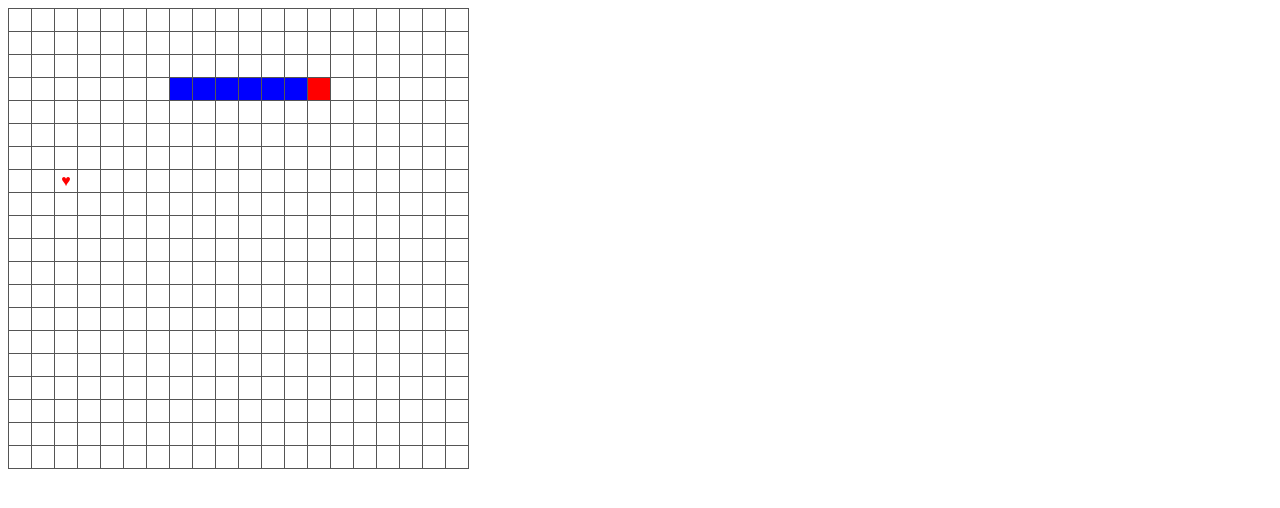
Repository: ycsheng/Games
Page: 01_snake/index.html
The author's editor kept a copy of each file at every save. The page is drawn from the files as they stood at one save, then again after the next save.
The browser window is 1280 px wide. The pictures show the whole page.

Above is the page before, as saved 2021-09-18 17:01:05.

### 01_snake/index.html
<!DOCTYPE html>
<html lang="zh">
<head>
  <meta charset="UTF-8">
  <meta http-equiv="X-UA-Compatible" content="IE=edge">
  <meta name="viewport" content="width=device-width, initial-scale=1.0">
  <title>Document</title>
  <style>
    table {
      border-collapse: collapse;
      border: 1px solid #333
    }
    td {
      width: 20px;
      height: 20px;
      color: red;
      text-align: center;
      border: 1px solid #555;
    }
  </style>
</head>
<body>
  <div id="app"></div>
  <script src="./js/Game.js"></script>
  <script src="./js/Snake.js"></script>
  <script src="./js/Food.js"></script>
  <script>
    var game = new Game();
  </script>
</body>
</html>

### 01_snake/js/Game.js
/*
  1. 在构造函数中创建一个空对象
  2. 将执行上下文指向这个空对象
  3. 执行里面的所有函数
  4. 执行完成后，返回对象
*/
function Game() {
  // 创建表格
  this.row = 20;  // 行数
  this.col = 20;  //列数
  // 初始化节点
  this.init();
  // 实例化蛇类
  this.snake = new Snake();
  // 执行定时器任务
  this.start();
  // 键盘的事件监听
  this.bindEvent();
  // 食物位置
  this.food = new Food(this);

  // this.snake.render();
}
// 舞台设计
Game.prototype.init = function() {
  this.dom = document.createElement("table");
  var tr, td;
  // 遍历行和列上树
  for(var i = 0; i < this.row; i++) {
    // 遍历行，创建节点上树
    tr = document.createElement("tr");
    for(var j = 0; j < this.col; j++) {
      // 遍历列，创建节点上树
      td = document.createElement("td");
      tr.appendChild(td)
    }
    // 追加节点上树
    this.dom.appendChild(tr);
  }
  // 表格上树
  document.getElementById("app").appendChild(this.dom)
}

// 清屏方法
Game.prototype.clear = function() {
  // 遍历表格，擦除画布
  for(var i = 0; i < this.row; i++) {
    for(var j = 0; j < this.col; j++) {
      this.dom.getElementsByTagName("tr")[i].getElementsByTagName("td")[j].style.background = "white"
      this.dom.getElementsByTagName("tr")[i].getElementsByTagName("td")[j].innerHTML = ""
    }
  }
}

// 设置颜色的方法
Game.prototype.setColor = function(row, col, color) {
  // 让表格的第几行，第几列设置颜色的方法
  this.dom.getElementsByTagName("tr")[row].getElementsByTagName("td")[col].style.background = color;
}

// 渲染食物
Game.prototype.setHTML = function(row, col, html) {
  this.dom.getElementsByTagName("tr")[row].getElementsByTagName("td")[col].innerHTML = html;
}

// 设置键盘的事件监听
Game.prototype.bindEvent = function() {
  var self = this;
  // 键盘事件
  document.onkeydown = function(event) {
    console.log(event.keyCode);
    // 39 40 37 38
    switch(event.keyCode) {
      case 39:
        if(self.snake.direction == "L") return;
        // self.snake.direction = "R";
        self.snake.changeDirection("R");
        break;
      case 40:
        if(self.snake.direction == "T") return;
        // self.snake.direction = "D";
        self.snake.changeDirection("D");
        break;
      case 37:
        if(self.snake.direction == "R") return;
        // self.snake.direction = "L";
        self.snake.changeDirection("L");
        break;
      case 38:
        if(self.snake.direction == "D") return;
        // self.snake.direction = "T";
        self.snake.changeDirection("T");
        break;
    }
  }
}

// 定时器
Game.prototype.start = function() {
  // 帧编号
  this.f = 0;
  this.timer = setInterval(function() {
    // 定时器里面的核心就是游戏的渲染本质，清屏-更新-渲染
    game.f++;
    // 清除屏幕，解决蛇会边长但不运动
    game.clear();

    // 蛇的运动,蛇变长时，速度加快
    var during = game.snake.body.length < 30 ? 30 - game.snake.body.length : 1;
    game.f % during == 0 && game.snake.update();

    // 渲染蛇
    game.snake.render();
    // 渲染食物
    game.food.render();
  }, 40)
}

### 01_snake/js/Snake.js
function Snake() {
  // 蛇的初始化身体
  this.body  = [
    {"row": 3, "col": 8},
    {"row": 3, "col": 7},
    {"row": 3, "col": 6},
    {"row": 3, "col": 5},
    {"row": 3, "col": 4},
    {"row": 3, "col": 3},
    {"row": 3, "col": 2},
  ];
  // 信号量，设置的运动方向
  this.direction = "R";
  // 即将改变的方向，目的是为例防止出现原地掉头的情况
  this.willDirection = "R"
}

// 蛇的运动
Snake.prototype.update = function() {
  // 当前的direction接收一个willDirection
  this.direction = this.willDirection;

  // 头部
  // this.body.unshift({"row": this.body[0].row, "col": this.body[0].col + 1});
  // 蛇的不容方向的运动
  switch(this.direction) {
    case "R": // 右
      this.body.unshift({"row": this.body[0].row, "col": this.body[0].col + 1});
      break;
    case "D": // 下
      this.body.unshift({"row": this.body[0].row + 1, "col": this.body[0].col});
      break;
    case "L": // 左
      this.body.unshift({"row": this.body[0].row, "col": this.body[0].col - 1});
      break;
    case "T": // 上
      this.body.unshift({"row": this.body[0].row - 1, "col": this.body[0].col});
      break;
  }
  // 死亡的判定--越界
  if(this.body[0].row > game.row - 1 || this.body[0].col > game.col - 1 || this.body[0].row < 0 || this.body[0].col < 0) {
    alert("gameover");
    this.body.shift();
    clearInterval(game.timer);
  }
  // 蛇撞到了自己
  for(var i = 1; i < this.body.length; i++) {
    if(this.body[0].row == this.body[i].row && this.body[0].col == this.body[i].col) {
      alert("gameover");
      this.body.shift();
      clearInterval(game.timer);
    }
  }
  // 蛇吃食物
  if(this.body[0].row == game.food.row &&　this.body[0].col == game.food.col) {
    game.food = new Food(game);
  } else {
    // 尾部减一，尾部不删就代表增加
    this.body.pop();
  }

}

// 蛇的方向改变，防止在一次渲染之前会出现掉头的情况
Snake.prototype.changeDirection = function(next) {
  this.willDirection = next;
}

/*
  Snake的render谁来调用？如果Snake自己的构造函数调用得不到game
  因为Game类还没有执行完四步走
  解决方案：定时器，异步
*/
Snake.prototype.render = function() {
  // 蛇头的渲染
  game.setColor(this.body[0].row, this.body[0].col, "red");
  // 蛇身体的渲染
  for(var i = 1; i < this.body.length; i++) {
    game.setColor(this.body[i].row, this.body[i].col, "blue")
  }
}

### 01_snake/js/Food.js
function Food(gameSnake) {
  var self = this;
  // 食物的位置
  // 先创建一个row和col，然后判断这个row和col是否在蛇的身上
  do{
    this.row = parseInt(Math.random() * gameSnake.row);
    this.col = parseInt(Math.random() * gameSnake.col);
  }while ((function() {
    // 遍历蛇的row和col，
    for(var i = 0; i < gameSnake.snake.body.length; i++) {
      if(gameSnake.snake.body[i].row == self.row && gameSnake.snake.body[i].col == self.col) {
        return true;
      }
      return false;
    }
  })())
}

Food.prototype.render = function() {
  game.setHTML(this.row, this.col, "♥");
}

After the next save:
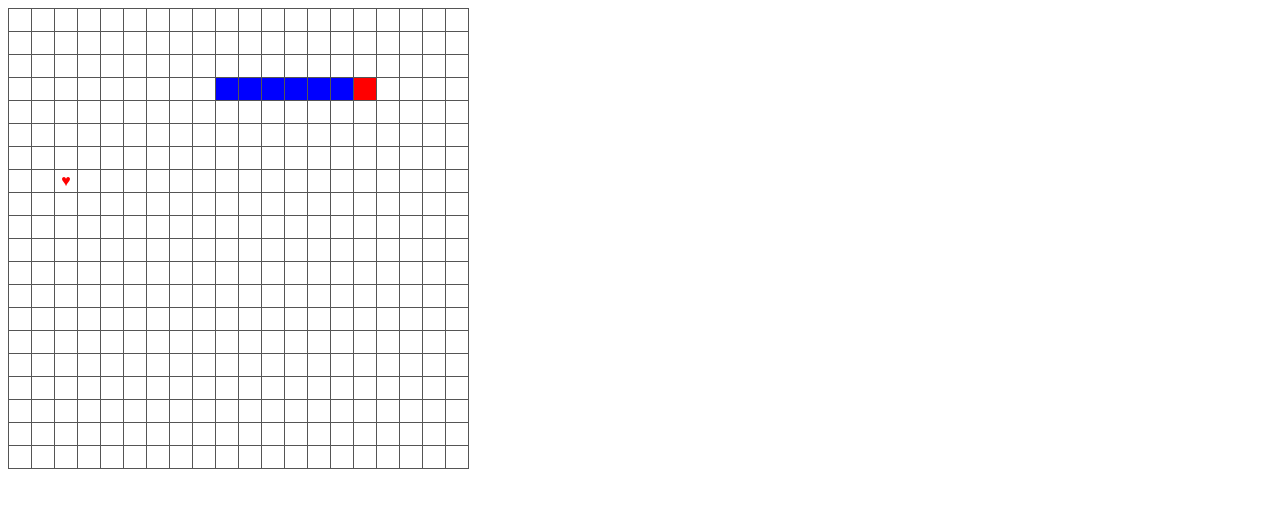
Saved 37 s later.
--- a/01_snake/js/Game.js
+++ b/01_snake/js/Game.js
@@ -113,5 +113,5 @@ Game.prototype.start = function() {
     game.snake.render();
     // 渲染食物
     game.food.render();
-  }, 40)
+  }, 30)
 }
